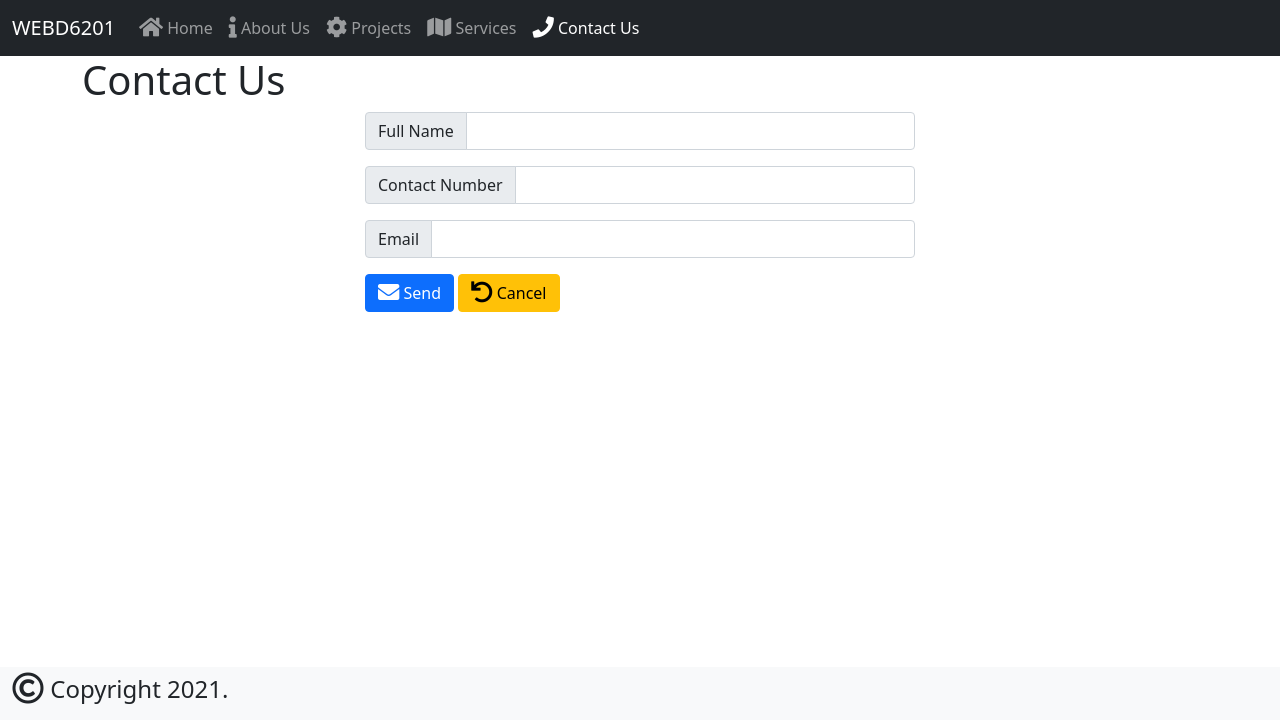
Repository: CKM206/WEBD6201-W2021-ICE2
Page: contact.html
The author's editor kept a copy of each file at every save. The page is drawn from the files as they stood at one save, then again after the next save.
The browser window is 1280 px wide. The pictures show the whole page.

Above is the page before, as saved 2021-01-28 09:38:53.

### contact.html
<!DOCTYPE html>
<html lang="en">
<head>
    <meta charset="UTF-8">
    <meta name="viewport" content="width=device-width, initial-scale=1.0">
    <title>Contact</title>
    <!-- CSS Section -->
    <link rel="stylesheet" href="./node_modules/bootstrap/dist/css/bootstrap.min.css">
    <link rel="stylesheet" href="./node_modules/@fortawesome/fontawesome-free/css/all.min.css">
    <link rel="stylesheet" href="./Content/app.css">
</head>
<body>
    <!-- Main Header -->
    <header>
        <!-- Main Navigation -->
        <nav class="navbar navbar-expand-lg navbar-dark bg-dark">
            <div class="container-fluid">
              <a class="navbar-brand" href="index.html">WEBD6201</a>
              <button class="navbar-toggler" type="button" data-bs-toggle="collapse" data-bs-target="#navbarSupportedContent" aria-controls="navbarSupportedContent" aria-expanded="false" aria-label="Toggle navigation">
                <span class="navbar-toggler-icon"></span>
              </button>
              <div class="collapse navbar-collapse" id="navbarSupportedContent">
                <ul class="navbar-nav me-auto mb-2 mb-lg-0">
                  <li class="nav-item">
                    <a class="nav-link" aria-current="page" href="index.html"><i class="fas fa-home fa-lg"></i> Home</a>
                  </li>

                  <li class="nav-item">
                    <a class="nav-link" aria-current="page" href="about.html"><i class="fas fa-info fa-lg"></i> About Us</a>
                  </li>

                  <li class="nav-item">
                    <a class="nav-link" aria-current="page" href="projects.html"><i class="fas fa-cog fa-lg"></i> Projects</a>
                  </li>

                  <li class="nav-item">
                    <a class="nav-link" aria-current="page" href="services.html"><i class="fas fa-map fa-lg"></i> Services</a>
                  </li>

                  <li class="nav-item">
                    <a class="nav-link active" aria-current="page" href="contact.html"><i class="fas fa-phone fa-lg"></i> Contact Us</a>
                  </li>
                </ul>
              </div>
            </div>
          </nav>
    </header>

    <!-- Main Content -->
    <main class="container">
        <h1>Contact Us</h1>
        <div id="messageArea"></div>

        <div class="row justify-content-lg-center g-3">
          <form class="col-lg-6 col-md-10 col-sm-10">

            <div class="input-group mb-3">
              <span class="input-group-text" id="inputGroup-sizing-default">Full Name </span>
              <input id="fullName" type="text" class="form-control" aria-label="Full Name" aria-describedby="Full Name Input"
              name="fullName" required>
            </div>

            <div class="input-group mb-3">
              <span class="input-group-text" id="inputGroup-sizing-default">Contact Number</span>
              <input id="contactNumber" type="tel" class="form-control" aria-label="Contact Number" aria-describedby="Contact Number Input"
              name="contactNumber" required>
            </div>

            <div class="input-group mb-3">
              <span class="input-group-text" id="inputGroup-sizing-default">Email</span>
              <input id="emailAddress" type="email" class="form-control" aria-label="Email Address" aria-describedby="Email Address Input"
              name="emailAddress" required>
            </div>

            <button id="sendButton" type="submit" class="btn btn-primary"><i class="fas fa-envelope fa-lg"></i> Send</button>
            <button id="cancelButton" type="reset" class="btn btn-warning"><i class="fas fa-undo fa-lg"></i> Cancel</button>
          </form>
        </div>


    </main>

    <!-- Main Footer -->
    <footer>
        <nav class="navbar fixed-bottom navbar-light bg-light">
            <div class="container-fluid">
              <h4><i class="far fa-copyright fa-lg"></i> Copyright 2021.</h4>
            </div>
          </nav>
    </footer>

    <!-- Script Section-->
    <script src="./node_modules/jquery/dist/jquery.min.js"></script>
    <script src="./node_modules/bootstrap/dist/js/bootstrap.bundle.min.js"></script>
    <script src="./Scripts/contact.js"></script>
    <script src="./Scripts/app.js"></script>
</body>
</html>

### Scripts/contact.js
"use strict"

// Contact Class
class Contact {


    // Getters
    get FullName() {
        return this.m_fullName;
    }
    get ContactNumber() {
        return this.m_contactNumber;
    }
    get EmailAddress() {
        return this.m_emailAddress;
    }
    // Setters
    set FullName(fullName) {
        this.m_fullName = fullName;
    }
    set ContactNumber(contactNumber) {
        this.m_contactNumber = contactNumber;
    }
    set EmailAddress(emailAddress) {
        this.m_emailAddress = emailAddress;
    }
    // Constructor
    /**
     * Contact Class Constructor
     * @param {string} fullName
     * @param {string} contactNumber
     * @param {string} emailAddress
     */
    constructor(fullName = "", contactNumber = "", emailAddress = "") {
        this.FullName = fullName;
        this.ContactNumber = contactNumber;
        this.EmailAddress = emailAddress;
    }
    // Methods

    /**
     * toString() - This method is used to convert a Contact object into a string.
     *            it overrides the built-in toString() function.
     * @returns {string}
     */
    toString() {
        return `Full Name     : ${this.m_fullName}\nContact Number: ${this.m_contactNumber}\nEmail Address : ${this.m_emailAddress}`;
    }

    /**
     *  toJSON() - This method is used to convert an object of the Contact class
     *           into a JSON object made up of the Contact class properties.
     * @returns {object}
     */
    toJSON() {
        return {
            "fullName": this.FullName,
            "contactNumber": this.ContactNumber,
            "emailAddress": this.EmailAddress
        }
    }

    /**
     * serialize() - This method converts an Object of the Contact class into a comma-
     *             seperated value string
     *
     * @returns {string}
     */
    serialize() {
        if (this.FullName !== "" && this.ContactNumber !== "" && this.EmailAddress !== "")
        {
            return `${this.FullName},${this.ContactNumber},${this.EmailAddress}`;
        }
        else
        {
            console.error("Error: One or more Contact Properties are empty.");
            return null;
        }
    }

    /**
     * deserialize() - This method takes a comma-separated data string and assigns the
     *               values to a Contact Class Objects properties
     *
     * @param {string} data
     * @returns {void}
     */
    deserialize(data) {
        // This will split up the values found in data, delimmited by commas
        //-into a property Array.
        let propertyArray = data.split(",");

        this.FullName = propertyArray[0];
        this.ContactNumber = propertyArray[1];
        this.EmailAddress = propertyArray[2];
    }
}

### Scripts/app.js
/* custom JavaScript goes here */

//IIFE - Immediately Invoked Function Expression
//AKA - Anonymous Self-Executing Function
//Closure - limits scope leak

"use strict";

let myContact =
{
  "fullName":"Tom Smith",
  "contactNumber":"4165555555",
  "emailAddress":"tom@example.com",
  "saysHello": function() {
    console.log('${fullName} says hello!');
  },
  "someOtherObject": {
    "friendsList": [
      "Peter Parker", "Tony Stark", "Stephen Strange"
    ]
  }
};

(function () {
  function displayHome() {
    let paragraphOneText =
      "This is a simple site to demonstrate DOM Manipulation for ICE 1";

    let paragraphOneElement = document.getElementById("paragraphOne");

    paragraphOneElement.textContent = paragraphOneText;
    paragraphOneElement.className = "fs-5";

    // Step 1. document.createElement
    let newParagraph = document.createElement("p");
    // Step 2. configure the element
    newParagraph.setAttribute("id", "paragraphTwo");
    newParagraph.textContent = "...And this is paragraph two";
    // Step 3. select the parent element
    let mainContent = document.getElementsByTagName("main")[0];
    // Step 4. Add / Insert the element
    mainContent.appendChild(newParagraph);

    newParagraph.className = "fs-6";

    // another way of injecting content
    let paragraphDiv = document.createElement("div");
    let paragraphThree = `<p id="paragraphThree" class="fs-7 fw-bold">And this is the Third Paragraph</p>`;
    paragraphDiv.innerHTML = paragraphThree;

    // insertions

    // example of inserting before a node
    //newParagraph.before(paragraphDiv);

    // example of inserting after a node
    newParagraph.after(paragraphDiv);

    // deletions

    // example of removing a single element
    //paragraphOneElement.remove();

    // example of removeChild
    mainContent.removeChild(paragraphOneElement);

    // update / modification
    //mainContent.firstElementChild.textContent = "Welcome Home!";

    mainContent.innerHTML = `<h1 id="firstHeading">Welcome to WEBD6201 - Lab 1</h1>
         <p id="paragraphOne" class="fs-3 fw-bold">This is my first Paragraph</p>
        `;

  }

  function displayAbout() {

  }

  function displayProjects() {

  }

  function displayServices() {

  }

  function displayContact() {
    let messageArea = document.getElementById("messageArea");
    messageArea.hidden = true;

    // form validation
    let fullName = document.getElementById("fullName");
    fullName.addEventListener("blur", function () {
      if (fullName.value.length < 2) {
        fullName.focus();
        fullName.select();
        messageArea.hidden = false;
        messageArea.className = "alert alert-danger";
        messageArea.textContent = "Please enter an appropriate Name";
      } else {
        messageArea.removeAttribute("class");
        messageArea.hidden = true;
      }
    });

    let sendButton = document.getElementById("sendButton");
    sendButton.addEventListener("click", function (event) {
      event.preventDefault();

      let contact = new Contact(fullName.value, contactNumber.value, emailAddress.value);
      if(contact.serialize() !== null)
      {
        localStorage.setItem((localStorage.length + 1).toString(), contact.serialize());
      }
      });
  }

  function displayServices() {

  }

  function Start() {
    console.log("App Started...");

    switch (document.title) {
      case "Home":
        displayHome();
        break;
      case "About":
        displayAbout();
        break;
      case "Projects":
        displayProjects();
        break;
      case "Services":
        displayServices();
        break;
      case "Contact":
        displayContact();
        break;
      case "Contact-List":
        displayContactList();
        break;
    }

  }

  window.addEventListener("load", Start);

})();

Loaded but not shown: node_modules/bootstrap/dist/css/bootstrap.min.css (library); node_modules/@fortawesome/fontawesome-free/css/all.min.css (library); Content/app.css (common file); node_modules/jquery/dist/jquery.min.js (library); node_modules/bootstrap/dist/js/bootstrap.bundle.min.js (library)

After the next save:
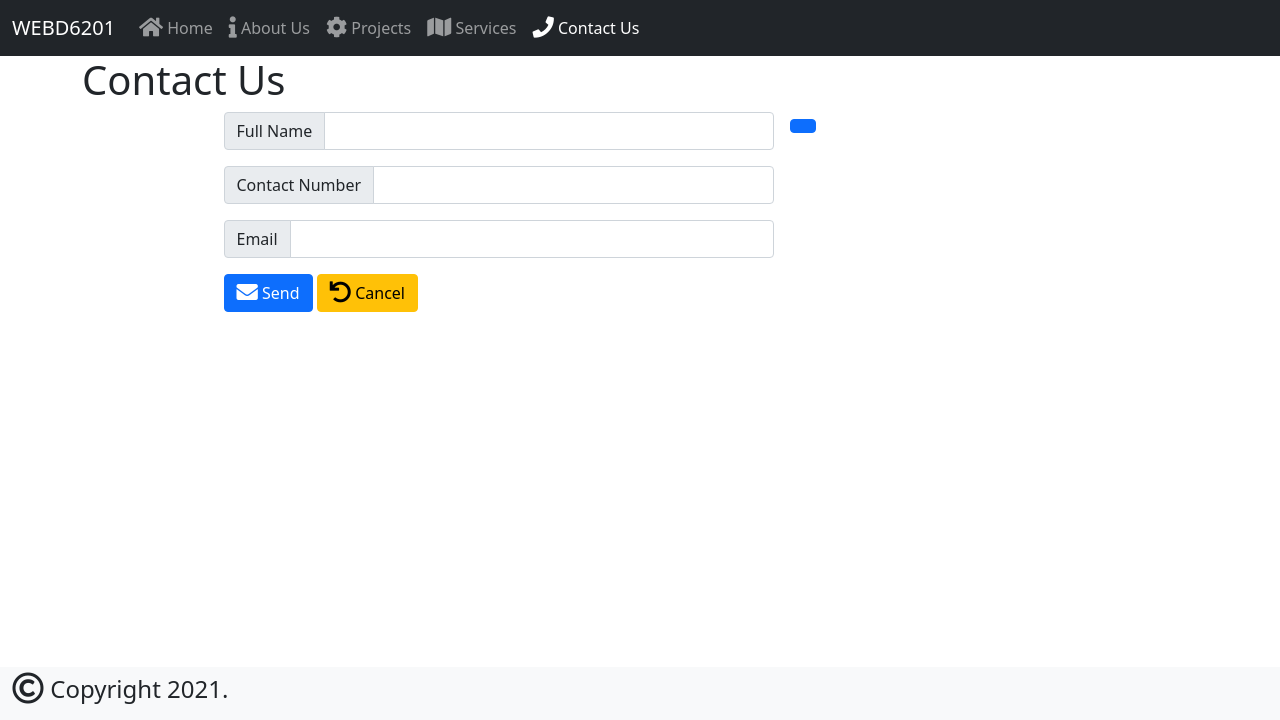
Saved 71 s later.
--- a/contact.html
+++ b/contact.html
@@ -75,6 +75,10 @@
             <button id="sendButton" type="submit" class="btn btn-primary"><i class="fas fa-envelope fa-lg"></i> Send</button>
             <button id="cancelButton" type="reset" class="btn btn-warning"><i class="fas fa-undo fa-lg"></i> Cancel</button>
           </form>
+
+          <div class="col-lg-3 col-md-3">
+            <button id="contactListButton" class="btn btn-primary">
+          </div>
         </div>
 
 
